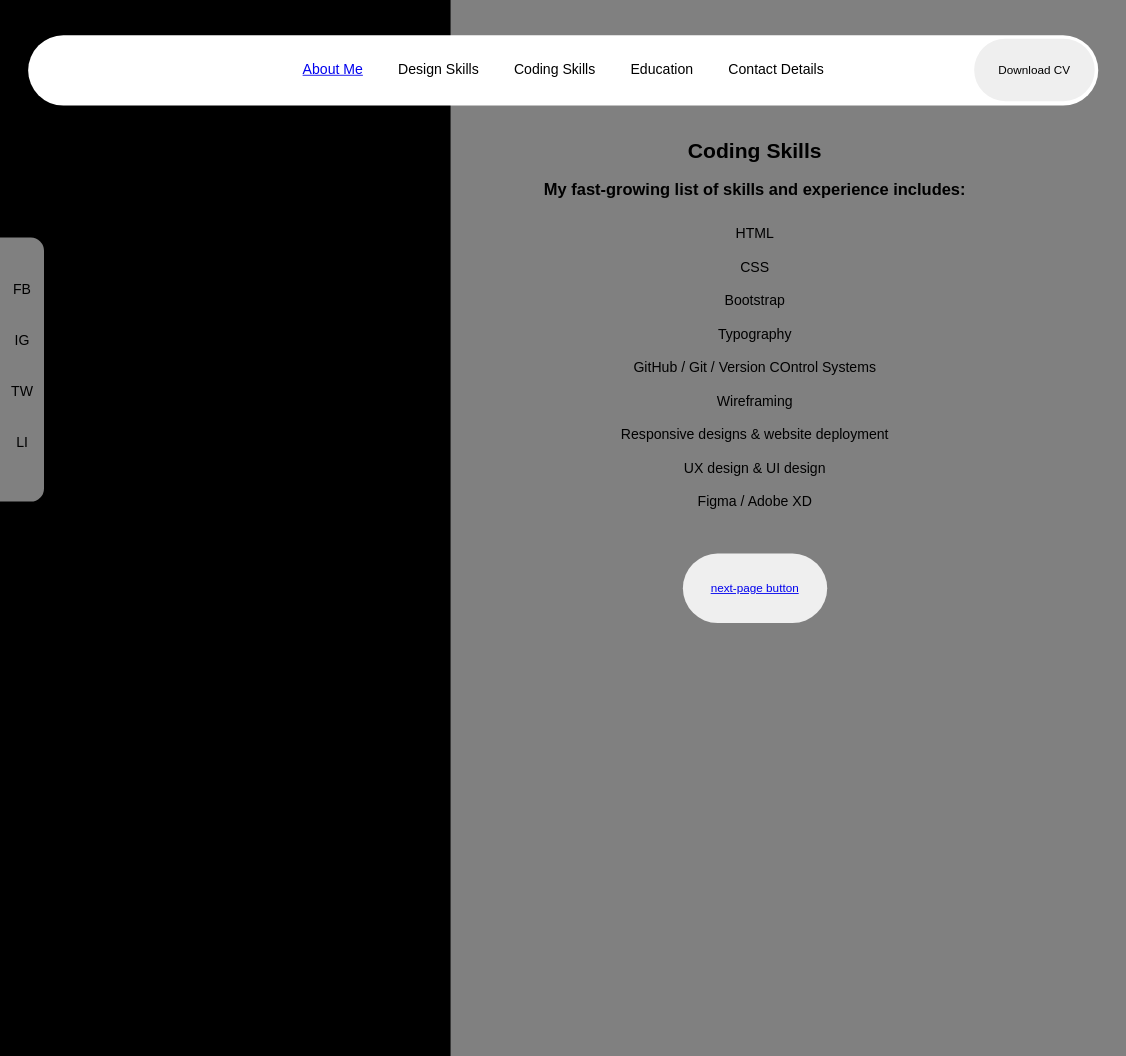
Repository: WesleyErasmus/MyDigitalResume-4
Page: codingSkills.html
These files come from the project's save history. The page is drawn as it stood at one moment and after the next save; the edit follows.
The browser window is 1280 px wide. The pictures show the whole page, at 88% of full size.

Above is the page before, as saved 2022-02-19 21:47:15.

### codingSkills.html
<!DOCTYPE html>
<html lang="en">
<head>
    <meta charset="UTF-8">
    <meta http-equiv="X-UA-Compatible" content="IE=edge">
    <meta name="viewport" content="width=device-width, initial-scale=1.0">
    <title>Wesley Erasmus Digital Resume 4 Project</title>
    <link rel="stylesheet" href="codingSkills.css">
</head>
<body>
    <body>
        <!-- Landing page -->
        <header class="nav-menu-top">
            <ul class="top-nav-menu-buttons">
                <li><a href="/codingSkills.html" target="">About Me</a></li>
                <li>Design Skills</li>
                <li>Coding Skills</li>
                <li>Education</li>
                <li>Contact Details</li>
            </ul>
            <button id="download-cv">Download CV</button>
            <!-- Name / download CV / etc -->
        </header>

        <aside class="self-portrait">
            <!-- creative image of myself -->
            <p>aside with large portrait image of myself</p>
        </aside>
        <nav class="social-media-links">
            <ul class="social-media-links">
                <li>FB</li>
                <li>IG</li>
                <li>TW</li>
                <li>LI</li>
            </ul>
            <!-- side social media icons (float left / column direction) -->
        </nav>

            <!-- main bio; FED student / link to 2nd html page with CV content -->
         <article>
             <h1 ID="title">Coding Skills</h1>
            <div class="coding-skills">
                <h3>My fast-growing list of skills and experience includes:</h3>
                <ul class="coding-skills">
                    <li>HTML</li>
                    <li>CSS</li>
                    <li>Bootstrap</li>
                    <li>Typography</li>
                    <li>GitHub / Git / Version COntrol Systems</li>
                    <li>Wireframing</li>
                    <li>Responsive designs & website deployment</li>
                    <li>UX design & UI design</li>
                    <li>Figma / Adobe XD</li>
                </ul>
            </div>
            <button class="next-page">
                <a href="/codingSkills.html" target="">next-page button</a>
            </button>
        </article>


    </body>
</body>
</html>

### codingSkills.css
* {
    font-family: Arial, Helvetica, sans-serif;
    margin: 0;
    padding: 0;
}
body {
    background-color: grey;
    overflow:hidden;
}
header.nav-menu-top {
    position: relative;
    /* Positions explained in below link: https://developer.mozilla.org/en-US/docs/Web/CSS/position */
    text-align: center;
    margin: 0 auto;
    /* Margin: 0 auto can be used to center an object horizontally  */
    width: 95%;
    height: 80px;
    border-radius: 50px;
    margin-top: 40px;
    background-color: #fff;
}
ul.top-nav-menu-buttons{
    display: flex;
    justify-content: center;
    padding: 30px;
}
.top-nav-menu-buttons li {
    margin: 0 20px 0 20px;
    list-style-type: none;
    text-align: center;
}
button#download-cv {
    position: relative;
    float: right;
    top: -74px;
    right: 4px;
    padding: 28px;
    border-radius: 50px;
    border: NONE;
}
aside.self-portrait {
    z-index: -1;
    /* z-index explained in below link:
     https://developer.mozilla.org/en-US/docs/Web/CSS/z-index */
    background-color: black;
    position: absolute;
    top: 0;
    left: 0;
    height: 1200px;
    width: 40%;
}
nav.social-media-links {
    position: relative;
    height: 300px;
    width: 50px;
    float: left;
    top: 150px;
    left: 0px;
    background-color: grey;
    border-radius: 0 15px 15px 0;
}
ul.social-media-links{
    padding: 50px 5px 5px 5px;
    text-align: center;
    display: flex;
    flex-direction: column;

}
.social-media-links li{
    margin-bottom: 40px;
}

article {
    width: 50%;
    left: 41%;
    position: absolute;
    height: 500px;
    top: 20vh;
    padding: 1%;
    text-align: center;
}
h1#title {
    margin-bottom: 20px;
}
.coding-skills ul{
    margin-top: 20px;
    list-style-type: none;
}
.coding-skills li {
    padding: 10px;
}
button.next-page {
    margin-top: 40px;
    padding: 2rem;
    border-radius: 50px;
    border: none;
}

After the next save:
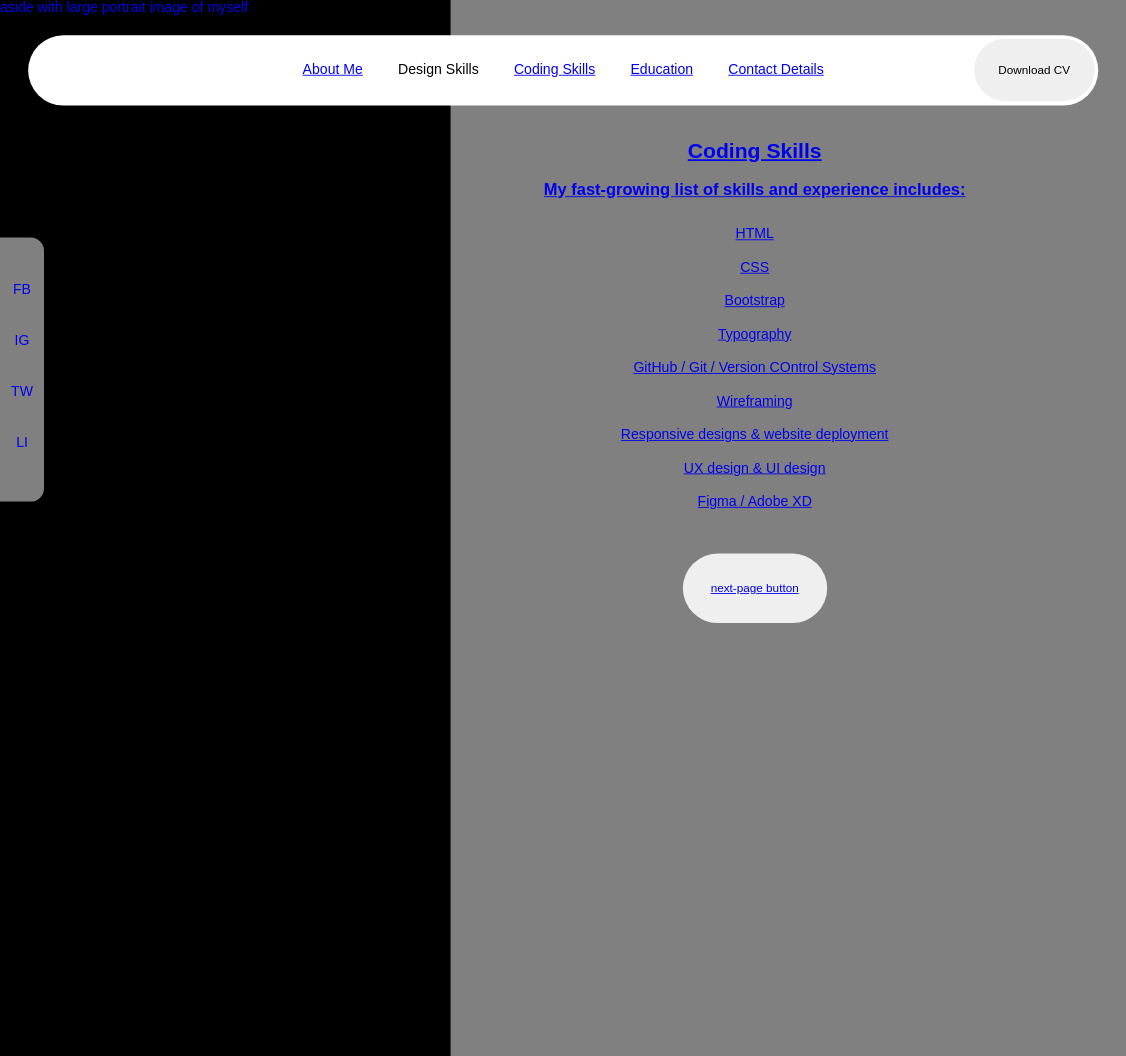
Saved 41 s later.
--- a/codingSkills.html
+++ b/codingSkills.html
@@ -12,9 +12,9 @@
         <!-- Landing page -->
         <header class="nav-menu-top">
             <ul class="top-nav-menu-buttons">
-                <li><a href="/codingSkills.html" target="">About Me</a></li>
+                <li><a href="/about.html" target="">About Me</a></li>
                 <li>Design Skills</li>
-                <li>Coding Skills</li>
+                <li><a href="/codingSkills.html" target="">Coding Skills</a</li>
                 <li>Education</li>
                 <li>Contact Details</li>
             </ul>

After the save that followed:
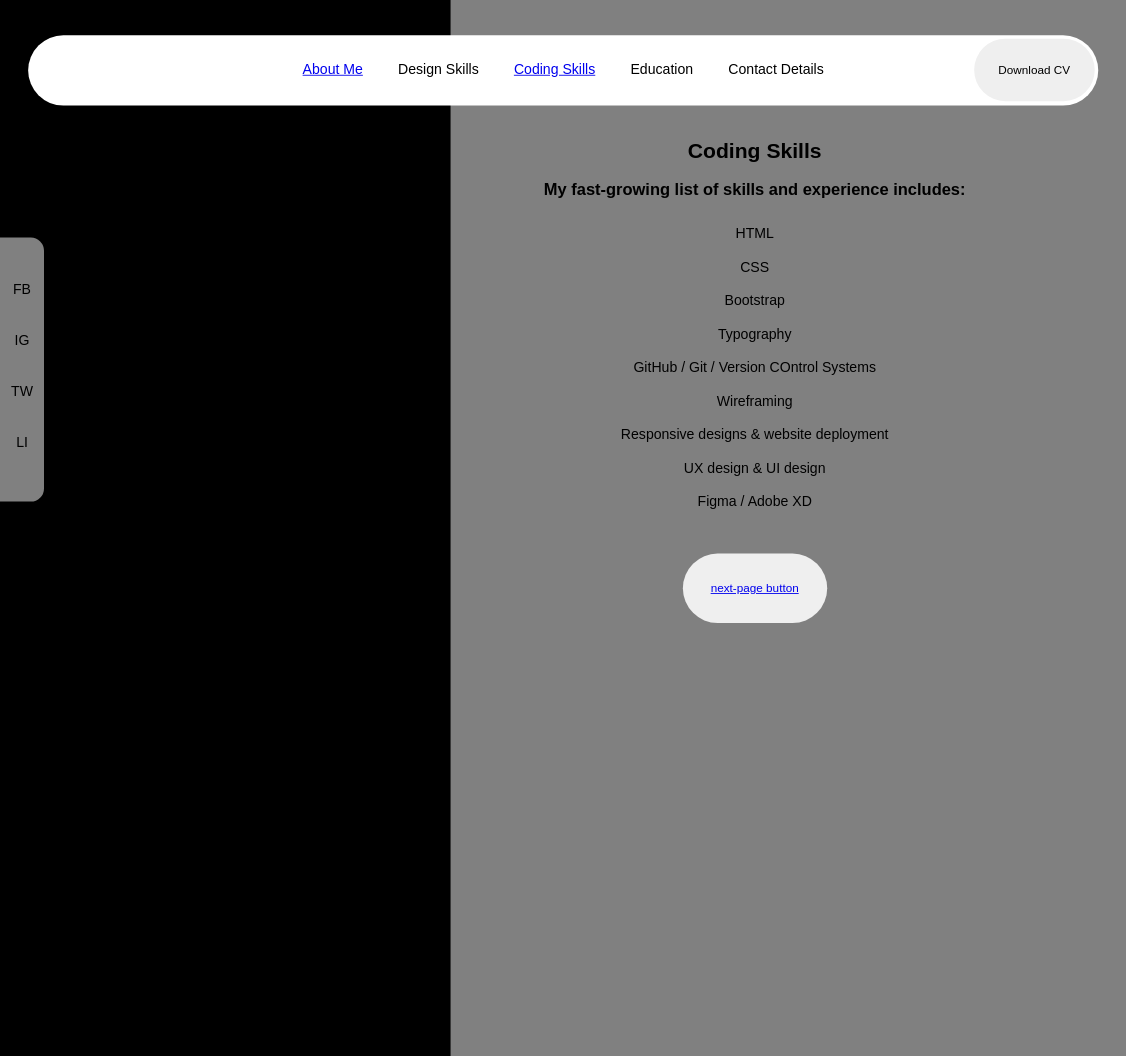
Saved 6 s later.
--- a/codingSkills.html
+++ b/codingSkills.html
@@ -14,7 +14,7 @@
             <ul class="top-nav-menu-buttons">
                 <li><a href="/about.html" target="">About Me</a></li>
                 <li>Design Skills</li>
-                <li><a href="/codingSkills.html" target="">Coding Skills</a</li>
+                <li><a href="/codingSkills.html" target="">Coding Skills</a></li>
                 <li>Education</li>
                 <li>Contact Details</li>
             </ul>
